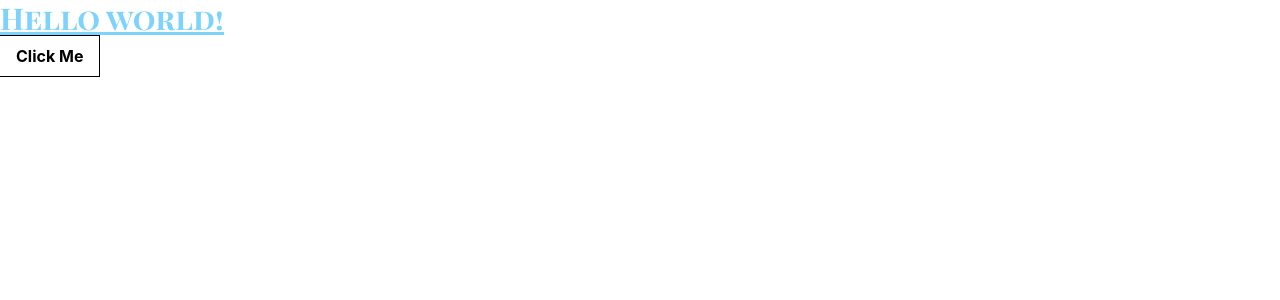
Repository: isabelleoktay/sibelle-website
Page: / (app in front-end/)
These files come from the project's save history. The page is drawn as it stood at one moment and after the next save; the edit follows.
The browser window is 1280 px wide. The pictures show the whole page.
The project was rebuilt for these pictures with package versions that can differ from the ones it lists, and the page was loaded fresh each time. Also part of the build but not shown: front-end/src/App.css.

Above is the page before, as saved 2022-11-30 15:13:52.

### front-end/public/index.html
<!DOCTYPE html>
<html lang="en">
  <head>
    <meta charset="utf-8" />
    <link rel="icon" href="%PUBLIC_URL%/favicon.ico" />
    <meta name="viewport" content="width=device-width, initial-scale=1" />
    <meta name="theme-color" content="#000000" />
    <meta
      name="description"
      content="Web site created using create-react-app"
    />
    <title>Si Belle</title>
    <link rel="apple-touch-icon" href="%PUBLIC_URL%/logo192.png" />
    <!--
      manifest.json provides metadata used when your web app is installed on a
      user's mobile device or desktop. See https://developers.google.com/web/fundamentals/web-app-manifest/
    -->
    <link rel="manifest" href="%PUBLIC_URL%/manifest.json" />

    <!-- Google font -->
    <link rel="preconnect" href="https://fonts.googleapis.com">
    <link rel="preconnect" href="https://fonts.gstatic.com" crossorigin>
    <link href="https://fonts.googleapis.com/css2?family=Playfair+Display+SC:ital,wght@0,400;0,700;0,900;1,400;1,700;1,900&display=swap" rel="stylesheet">
    <!--
      Notice the use of %PUBLIC_URL% in the tags above.
      It will be replaced with the URL of the `public` folder during the build.
      Only files inside the `public` folder can be referenced from the HTML.

      Unlike "/favicon.ico" or "favicon.ico", "%PUBLIC_URL%/favicon.ico" will
      work correctly both with client-side routing and a non-root public URL.
      Learn how to configure a non-root public URL by running `npm run build`.
    -->
  </head>
  <body>
    <noscript>You need to enable JavaScript to run this app.</noscript>
    <div id="root"></div>
    <!--
      This HTML file is a template.
      If you open it directly in the browser, you will see an empty page.

      You can add webfonts, meta tags, or analytics to this file.
      The build step will place the bundled scripts into the <body> tag.

      To begin the development, run `npm start` or `yarn start`.
      To create a production bundle, use `npm run build` or `yarn build`.
    -->
  </body>
</html>

### front-end/src/App.js
import './App.css';
import LandingPageButton from './components/landing-page-button';

function App() {
  return (
    <div>
      <h1 className="text-3xl text-sky-300 font-bold font-playfair underline">
        Hello world!
      </h1>
      <LandingPageButton url="https://www.lanadelrey.com/"/>
    </div>
  );
}

export default App;

### front-end/src/components/landing-page-button.js
import React from 'react';
import { Link } from 'react-router-dom';

const LandingPageButton = props => {
    return (
        <div>
            <button className="font-bold py-2 px-4 outline outline-1" type="button">
                <a href={props.url}>Click Me</a>
            </button>
        </div>
    )
}

export default LandingPageButton;

### front-end/tailwind.config.js
/** @type {import('tailwindcss').Config} */
module.exports = {
  content: [
    "./src/**/*.{js,jsx,ts,tsx}",
  ],
  theme: {
    fontFamily: {
      playfair: ["Playfair Display SC", "serif"],
    },
    extend: {},
  },
  plugins: [],
}

Loaded but not shown: front-end/src/index.js (common file); front-end/src/index.css (common file); front-end/src/reportWebVitals.js (common file)

After the next save:
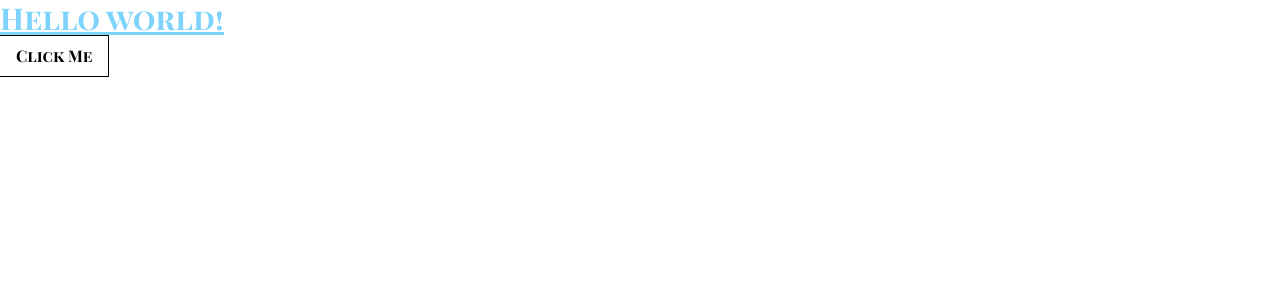
Saved 18 s later.
--- a/front-end/src/components/landing-page-button.js
+++ b/front-end/src/components/landing-page-button.js
@@ -4,7 +4,7 @@ import { Link } from 'react-router-dom';
 const LandingPageButton = props => {
     return (
         <div>
-            <button className="font-bold py-2 px-4 outline outline-1" type="button">
+            <button className="font-bold py-2 px-4 font-playfair outline outline-1" type="button">
                 <a href={props.url}>Click Me</a>
             </button>
         </div>
